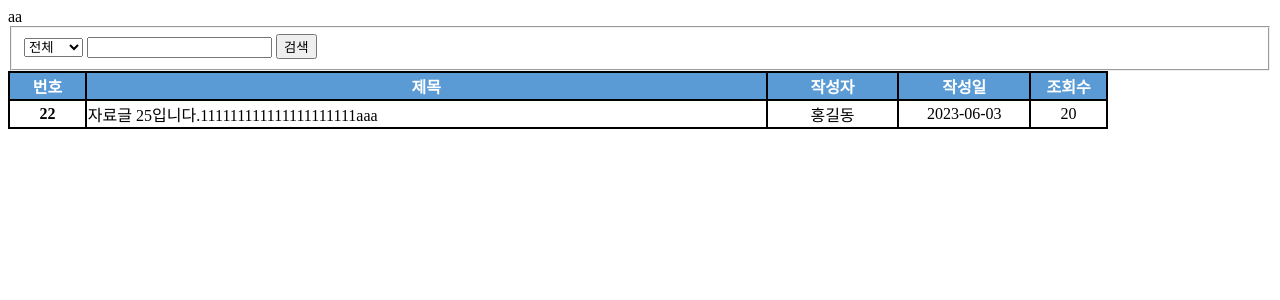
Repository: LJzero-dev/java-study
Page: http://localhost/ktbwos/bbs/request_list.jsp
These files come from the project's save history. The page is drawn as it stood at one moment and after the next save; the edit follows.
The browser window is 1280 px wide. The pictures show the whole page.
The page is served by Tomcat 9.

Above is the page before, as saved 2023-06-10 13:43:06.

After the next save:
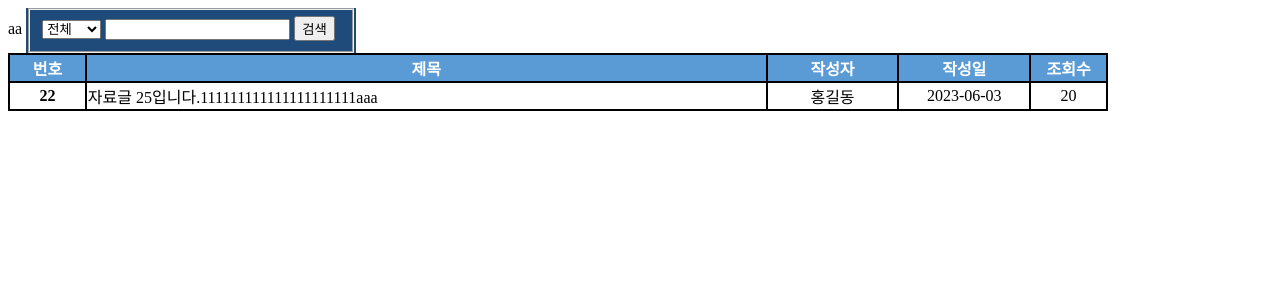
Saved 7 s later.
--- a/web/ktbwos/WebContent/bbs/request_list.jsp
+++ b/web/ktbwos/WebContent/bbs/request_list.jsp
@@ -20,7 +20,7 @@
 
 <div width="1100">
 aa
-<form style="width:330px; background:#1E4B79; display: inline; " name="frmSch">
+<form style="width:330px; background:#1E4B79; display:inline-block; " name="frmSch">
 <fieldset>
 		<select name="schtype">
 			<option value="all" >전체</option>
